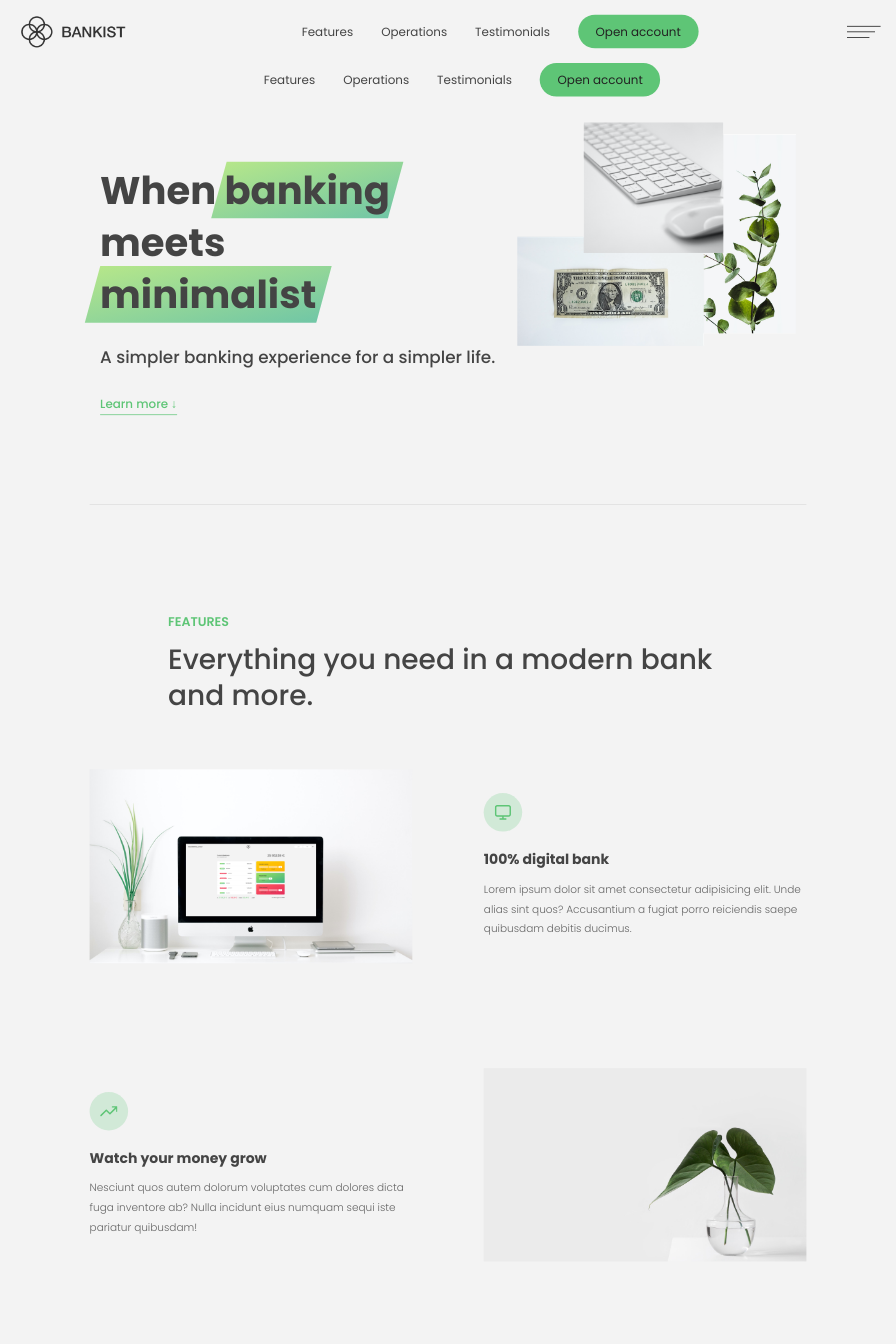
Repository: nptg3105/Bankist
Page: index.html
The author's editor kept a copy of each file at every save. The page is drawn from the files as they stood at one save, then again after the next save.
The browser window is 1280 px wide. The pictures show the part of the page from y = 0 to 1920 px (the page is 5090 px tall), at 70% of full size.
Some web libraries are served in a nearby version.

Above is the page before, as saved 2022-06-03 07:20:20.

### index.html
<!DOCTYPE html>
<html lang="en">
  <head>
    <meta charset="UTF-8" />
    <meta name="viewport" content="width=device-width, initial-scale=1.0" />
    <meta http-equiv="X-UA-Compatible" content="ie=edge" />
    <link rel="shortcut icon" type="image/png" href="images/icon.png" />

    <link
      href="https://fonts.googleapis.com/css?family=Poppins:300,400,500,600&display=swap"
      rel="stylesheet"
    />
    <link
      rel="stylesheet"
      href="https://cdnjs.cloudflare.com/ajax/libs/font-awesome/6.1.1/css/all.min.css"
      integrity="sha512-KfkfwYDsLkIlwQp6LFnl8zNdLGxu9YAA1QvwINks4PhcElQSvqcyVLLD9aMhXd13uQjoXtEKNosOWaZqXgel0g=="
      crossorigin="anonymous"
      referrerpolicy="no-referrer"
    />
    <link rel="stylesheet" href="dist/index.css" />
    <title>Bankist | When Banking meets Minimalist</title>
  </head>
  <body>
    <header class="header">
      <nav class="nav container-fluid">
        <img
          src="images/logo.png"
          alt="Bankist logo"
          class="nav__logo"
          id="logo"
        />
        <ul class="nav__links">
          <li class="nav__item">
            <a class="nav__link" href="#section--1">Features</a>
          </li>
          <li class="nav__item">
            <a class="nav__link" href="#section--2">Operations</a>
          </li>
          <li class="nav__item">
            <a class="nav__link" href="#section--3">Testimonials</a>
          </li>
          <li class="nav__item">
            <a class="nav__link nav__link--btn btn--show-modal" href="#"
              >Open account</a
            >
          </li>
        </ul>

        <div class="nav__hamburger">
          <span></span>
        </div>
      </nav>
      <nav class="nav__mobile">
        <ul class="nav__links">
          <li class="nav__item">
            <a class="nav__link" href="#section--1">Features</a>
          </li>
          <li class="nav__item">
            <a class="nav__link" href="#section--2">Operations</a>
          </li>
          <li class="nav__item">
            <a class="nav__link" href="#section--3">Testimonials</a>
          </li>
          <li class="nav__item">
            <a class="nav__link nav__link--btn btn--show-modal" href="#"
              >Open account</a
            >
          </li>
        </ul>
      </nav>

      <div class="header__title container">
        <h1>
          When
          <!-- Green highlight effect -->
          <span class="highlight">banking</span>
          meets<br />
          <span class="highlight">minimalist</span>
        </h1>
        <h4>A simpler banking experience for a simpler life.</h4>
        <button class="btn--text btn--scroll-to">Learn more &DownArrow;</button>
        <img
          src="images/hero.png"
          class="header__img"
          alt="Minimalist bank items"
        />
      </div>
    </header>

    <section class="section container" id="section--1">
      <div class="section__title">
        <h2 class="section__description">Features</h2>
        <h3 class="section__header">
          Everything you need in a modern bank and more.
        </h3>
      </div>

      <div class="features">
        <div class="features__item">
          <img
            src="images/digital-lazy.jpg"
            data-src="images/digital.jpg"
            alt="Computer"
            class="features__img lazy-img"
          />
          <div class="features__feature">
            <div class="features__icon">
              <svg>
                <use xlink:href="images/icons.svg#icon-monitor"></use>
              </svg>
            </div>
            <h5 class="features__header">100% digital bank</h5>
            <p>
              Lorem ipsum dolor sit amet consectetur adipisicing elit. Unde
              alias sint quos? Accusantium a fugiat porro reiciendis saepe
              quibusdam debitis ducimus.
            </p>
          </div>
        </div>

        <div class="features__item features__item--reverse">
          <img
            src="images/grow-lazy.jpg"
            data-src="images/grow.jpg"
            alt="Plant"
            class="features__img lazy-img"
          />
          <div class="features__feature">
            <div class="features__icon">
              <svg>
                <use xlink:href="images/icons.svg#icon-trending-up"></use>
              </svg>
            </div>
            <h5 class="features__header">Watch your money grow</h5>
            <p>
              Nesciunt quos autem dolorum voluptates cum dolores dicta fuga
              inventore ab? Nulla incidunt eius numquam sequi iste pariatur
              quibusdam!
            </p>
          </div>
        </div>

        <div class="features__item">
          <img
            src="images/card-lazy.jpg"
            data-src="images/card.jpg"
            alt="Credit card"
            class="features__img lazy-img"
          />
          <div class="features__feature">
            <div class="features__icon">
              <svg>
                <use xlink:href="images/icons.svg#icon-credit-card"></use>
              </svg>
            </div>
            <h5 class="features__header">Free debit card included</h5>
            <p>
              Quasi, fugit in cumque cupiditate reprehenderit debitis animi enim
              eveniet consequatur odit quam quos possimus assumenda dicta fuga
              inventore ab.
            </p>
          </div>
        </div>
      </div>
    </section>

    <section class="section container" id="section--2">
      <div class="section__title">
        <h2 class="section__description">Operations</h2>
        <h3 class="section__header">
          Everything as simple as possible, but no simpler.
        </h3>
      </div>

      <div class="operations">
        <div class="operations__tab-container">
          <button
            class="btn operations__tab operations__tab--1 operations__tab--active"
            data-tab="1"
          >
            <span>01</span>Instant Transfers
          </button>
          <button class="btn operations__tab operations__tab--2" data-tab="2">
            <span>02</span>Instant Loans
          </button>
          <button class="btn operations__tab operations__tab--3" data-tab="3">
            <span>03</span>Instant Closing
          </button>
        </div>
        <div
          class="operations__content operations__content--1 operations__content--active"
        >
          <div class="operations__icon operations__icon--1">
            <svg>
              <use xlink:href="images/icons.svg#icon-upload"></use>
            </svg>
          </div>
          <h5 class="operations__header">
            Tranfser money to anyone, instantly! No fees, no BS.
          </h5>
          <p>
            Lorem ipsum dolor sit amet, consectetur adipisicing elit, sed do
            eiusmod tempor incididunt ut labore et dolore magna aliqua. Ut enim
            ad minim veniam, quis nostrud exercitation ullamco laboris nisi ut
            aliquip ex ea commodo consequat.
          </p>
        </div>

        <div class="operations__content operations__content--2">
          <div class="operations__icon operations__icon--2">
            <svg>
              <use xlink:href="images/icons.svg#icon-home"></use>
            </svg>
          </div>
          <h5 class="operations__header">
            Buy a home or make your dreams come true, with instant loans.
          </h5>
          <p>
            Duis aute irure dolor in reprehenderit in voluptate velit esse
            cillum dolore eu fugiat nulla pariatur. Excepteur sint occaecat
            cupidatat non proident, sunt in culpa qui officia deserunt mollit
            anim id est laborum.
          </p>
        </div>
        <div class="operations__content operations__content--3">
          <div class="operations__icon operations__icon--3">
            <svg>
              <use xlink:href="images/icons.svg#icon-user-x"></use>
            </svg>
          </div>
          <h5 class="operations__header">
            No longer need your account? No problem! Close it instantly.
          </h5>
          <p>
            Excepteur sint occaecat cupidatat non proident, sunt in culpa qui
            officia deserunt mollit anim id est laborum. Ut enim ad minim
            veniam, quis nostrud exercitation ullamco laboris nisi ut aliquip ex
            ea commodo consequat.
          </p>
        </div>
      </div>
    </section>

    <section class="section container" id="section--3">
      <div class="section__title section__title--testimonials">
        <h2 class="section__description">Not sure yet?</h2>
        <h3 class="section__header">
          Millions of Bankists are already making their lifes simpler.
        </h3>
      </div>

      <div class="slider">
        <div class="slide slide--1">
          <div class="testimonial">
            <h5 class="testimonial__header">Best financial decision ever!</h5>
            <blockquote class="testimonial__text">
              Lorem ipsum dolor sit, amet consectetur adipisicing elit.
              Accusantium quas quisquam non? Quas voluptate nulla minima
              deleniti optio ullam nesciunt, numquam corporis et asperiores
              laboriosam sunt, praesentium suscipit blanditiis. Necessitatibus
              id alias reiciendis, perferendis facere pariatur dolore veniam
              autem esse non voluptatem saepe provident nihil molestiae.
            </blockquote>
            <address class="testimonial__author">
              <img src="images/user-1.jpg" alt="" class="testimonial__photo" />
              <h6 class="testimonial__name">Aarav Lynn</h6>
              <p class="testimonial__location">San Francisco, USA</p>
            </address>
          </div>
        </div>

        <div class="slide slide--2">
          <div class="testimonial">
            <h5 class="testimonial__header">
              The last step to becoming a complete minimalist
            </h5>
            <blockquote class="testimonial__text">
              Quisquam itaque deserunt ullam, quia ea repellendus provident,
              ducimus neque ipsam modi voluptatibus doloremque, corrupti
              laborum. Incidunt numquam perferendis veritatis neque repellendus.
              Lorem, ipsum dolor sit amet consectetur adipisicing elit. Illo
              deserunt exercitationem deleniti.
            </blockquote>
            <address class="testimonial__author">
              <img src="images/user-2.jpg" alt="" class="testimonial__photo" />
              <h6 class="testimonial__name">Miyah Miles</h6>
              <p class="testimonial__location">London, UK</p>
            </address>
          </div>
        </div>

        <div class="slide slide--3">
          <div class="testimonial">
            <h5 class="testimonial__header">
              Finally free from old-school banks
            </h5>
            <blockquote class="testimonial__text">
              Debitis, nihil sit minus suscipit magni aperiam vel tenetur
              incidunt commodi architecto numquam omnis nulla autem,
              necessitatibus blanditiis modi similique quidem. Odio aliquam
              culpa dicta beatae quod maiores ipsa minus consequatur error sunt,
              deleniti saepe aliquid quos inventore sequi. Necessitatibus id
              alias reiciendis, perferendis facere.
            </blockquote>
            <address class="testimonial__author">
              <img src="images/user-3.jpg" alt="" class="testimonial__photo" />
              <h6 class="testimonial__name">Francisco Gomes</h6>
              <p class="testimonial__location">Lisbon, Portugal</p>
            </address>
          </div>
        </div>

        <!-- <div class="slide"><img src="images/img-1.jpg" alt="Photo 1" /></div>
        <div class="slide"><img src="images/img-2.jpg" alt="Photo 2" /></div>
        <div class="slide"><img src="images/img-3.jpg" alt="Photo 3" /></div>
        <div class="slide"><img src="images/img-4.jpg" alt="Photo 4" /></div> -->
        <button class="slider__btn slider__btn--left">&larr;</button>
        <button class="slider__btn slider__btn--right">&rarr;</button>
        <div class="dots"></div>
      </div>
    </section>

    <section class="section section--sign-up">
      <div class="section__title">
        <h3 class="section__header">
          The best day to join Bankist was one year ago. The second best is
          today!
        </h3>
      </div>
      <button class="btn btn--show-modal">Open your free account today!</button>
    </section>

    <footer class="footer">
      <ul class="footer__nav">
        <li class="footer__item">
          <a class="footer__link" href="#">About</a>
        </li>
        <li class="footer__item">
          <a class="footer__link" href="#">Pricing</a>
        </li>
        <li class="footer__item">
          <a class="footer__link" href="#">Terms of Use</a>
        </li>
        <li class="footer__item">
          <a class="footer__link" href="#">Privacy Policy</a>
        </li>
        <li class="footer__item">
          <a class="footer__link" href="#">Careers</a>
        </li>
        <li class="footer__item">
          <a class="footer__link" href="#">Blog</a>
        </li>
        <li class="footer__item">
          <a class="footer__link" href="#">Contact Us</a>
        </li>
      </ul>
      <img src="images/icon.png" alt="Logo" class="footer__logo" />
      <p class="footer__copyright">
        &copy; Copyright by
        <a
          class="footer__link twitter-link"
          target="_blank"
          href="https://twitter.com/jonasschmedtman"
          >Jonas Schmedtmann</a
        >. Use for learning or your portfolio. Don't use to teach. Don't claim
        as your own product.
      </p>
    </footer>

    <div class="modal hidden">
      <button class="btn--close-modal">&times;</button>
      <h2 class="modal__header">
        Open your bank account <br />
        in just <span class="highlight">5 minutes</span>
      </h2>
      <form class="modal__form">
        <label>First Name</label>
        <input type="text" />
        <label>Last Name</label>
        <input type="text" />
        <label>Email Address</label>
        <input type="email" />
        <button class="btn">Next step &rarr;</button>
      </form>
    </div>
    <div class="overlay hidden"></div>

    <script src="./src/js/script.js"></script>
  </body>
</html>

### src/js/script.js
"use strict";

///////////////////////////////////////
// Modal window

const modal = document.querySelector(".modal");
const overlay = document.querySelector(".overlay");
const btnCloseModal = document.querySelector(".btn--close-modal");
const btnsOpenModal = document.querySelectorAll(".btn--show-modal");

const btnScroll = document.querySelector(".btn--scroll-to");
const section1 = document.querySelector("#section--1");

const tabs = document.querySelectorAll(".operations__tab");
const tabsContainer = document.querySelector(".operations__tab-container");
const tabsContent = document.querySelectorAll(".operations__content");

const nav = document.querySelector(".nav");

const openModal = function (e) {
  e.preventDefault();
  modal.classList.remove("hidden");
  overlay.classList.remove("hidden");
};

const closeModal = function () {
  modal.classList.add("hidden");
  overlay.classList.add("hidden");
};

btnsOpenModal.forEach((btn) => {
  btn.addEventListener("click", openModal);
});

btnCloseModal.addEventListener("click", closeModal);
overlay.addEventListener("click", closeModal);

document.addEventListener("keydown", function (e) {
  if (e.key === "Escape" && !modal.classList.contains("hidden")) {
    closeModal();
  }
});

//Scroll Smooth
btnScroll.addEventListener("click", function () {
  section1.scrollIntoView({ behavior: "smooth" });
});

document.querySelector(".nav__links").addEventListener("click", (e) => {
  e.preventDefault();
  if (e.target.classList.contains("nav__link")) {
    const id = e.target.getAttribute("href");
    document.querySelector(id).scrollIntoView({ behavior: "smooth" });
  }
});

//Tabbed Component
tabsContainer.addEventListener("click", function (e) {
  const clicked = e.target.closest(".operations__tab");
  // console.log(clicked);

  //Remove classes
  tabs.forEach((tab) => {
    tab.classList.remove("operations__tab--active");
  });
  tabsContent.forEach((content) => {
    content.classList.remove("operations__content--active");
  });

  if (!clicked) return;

  //Active class
  clicked.classList.add("operations__tab--active");

  //Active content area
  document
    .querySelector(`.operations__content--${clicked.dataset.tab}`)
    .classList.add("operations__content--active");
});

//Faded nav
function handleHover(e) {
  if (e.target.classList.contains("nav__link")) {
    const link = e.target;
    const siblings = link.closest(".nav__links").querySelectorAll(".nav__link");

    siblings.forEach((element) => {
      if (element !== link) element.style.opacity = this;
    });
  }
}

nav.addEventListener("mouseover", handleHover.bind(0.5));
nav.addEventListener("mouseout", handleHover.bind(1));

//Sticky Nav
const initialCoords = section1.getBoundingClientRect();
const navHeight = nav.getBoundingClientRect().height;
// console.log(navHeight);

window.addEventListener("scroll", function () {
  if (window.scrollY > initialCoords.top - navHeight) {
    nav.classList.add("sticky");
  }
  if (window.scrollY < initialCoords.top) {
    nav.classList.remove("sticky");
  }
});

//Reveal Section
const allSection = document.querySelectorAll(".section");

function revealSection(entries, observer) {
  const [entry] = entries;
  // console.log(entry);
  if (!entry.isIntersecting) return;
  entry.target.classList.remove("section--hidden");
  observer.unobserve(entry.target);
}

const sectionObserver = new IntersectionObserver(revealSection, {
  root: null,
  threshold: 0.15,
});

allSection.forEach((section) => {
  sectionObserver.observe(section);
  section.classList.add("section--hidden");
});

//Lazy-load image
const imgTargets = document.querySelectorAll("img[data-src]");

function loadImg(entries, observer) {
  const [entry] = entries;
  // console.log(entry);

  if (!entry.isIntersecting) return;

  //Replace src with data-src
  entry.target.src = entry.target.dataset.src;

  entry.target.addEventListener("load", () => {
    entry.target.classList.remove("lazy-img");
  });

  observer.unobserve(entry.target);
}

const imgObserver = new IntersectionObserver(loadImg, {
  root: null,
  threshold: 0,
  rootMargin: "-200px",
});

imgTargets.forEach((img) => imgObserver.observe(img));

//Slider
function slider() {
  const slides = document.querySelectorAll(".slide");
  const btnNext = document.querySelector(".slider__btn--right");
  const btnPrev = document.querySelector(".slider__btn--left");
  const dotContainer = document.querySelector(".dots");

  let curSlide = 0;
  const maxSlide = slides.length;

  //Function
  function createDot() {
    slides.forEach((_, i) => {
      dotContainer.insertAdjacentHTML(
        "beforeend",
        `<button class="dots__dot" data-slide=${i}></button>`
      );
    });
  }

  function activeDot(slide) {
    document
      .querySelectorAll(".dots__dot")
      .forEach((dot) => dot.classList.remove("dots__dot--active"));

    document
      .querySelector(`.dots__dot[data-slide="${slide}"]`)
      .classList.add("dots__dot--active");
  }

  function goToSlide(slide) {
    slides.forEach((s, i) => {
      s.style.transform = `translateX(${100 * (i - slide)}%)`;
    });
  }

  function init() {
    goToSlide(0);
    createDot();
    activeDot(0);
  }
  init();

  //Next Slide
  function nextSlide() {
    if (curSlide === maxSlide - 1) {
      curSlide = 0;
    } else {
      curSlide++;
    }

    goToSlide(curSlide);
    activeDot(curSlide);
  }

  //PrevSlide
  function prevSlide() {
    if (curSlide === 0) {
      curSlide = maxSlide - 1;
    } else {
      curSlide--;
    }
    goToSlide(curSlide);
    activeDot(curSlide);
  }

  btnNext.addEventListener("click", nextSlide);
  btnPrev.addEventListener("click", prevSlide);

  document.addEventListener("keydown", function (e) {
    if (e.key === "ArrowLeft") prevSlide();
    e.key === "ArrowRight" && nextSlide();
  });

  dotContainer.addEventListener("click", function (e) {
    if (e.target.classList.contains("dots__dot")) {
      const slide = e.target.dataset.slide;
      goToSlide(slide);
      activeDot(slide);
    }
  });
}

slider();

Loaded but not shown: dist/index.css (library)

After the next save:
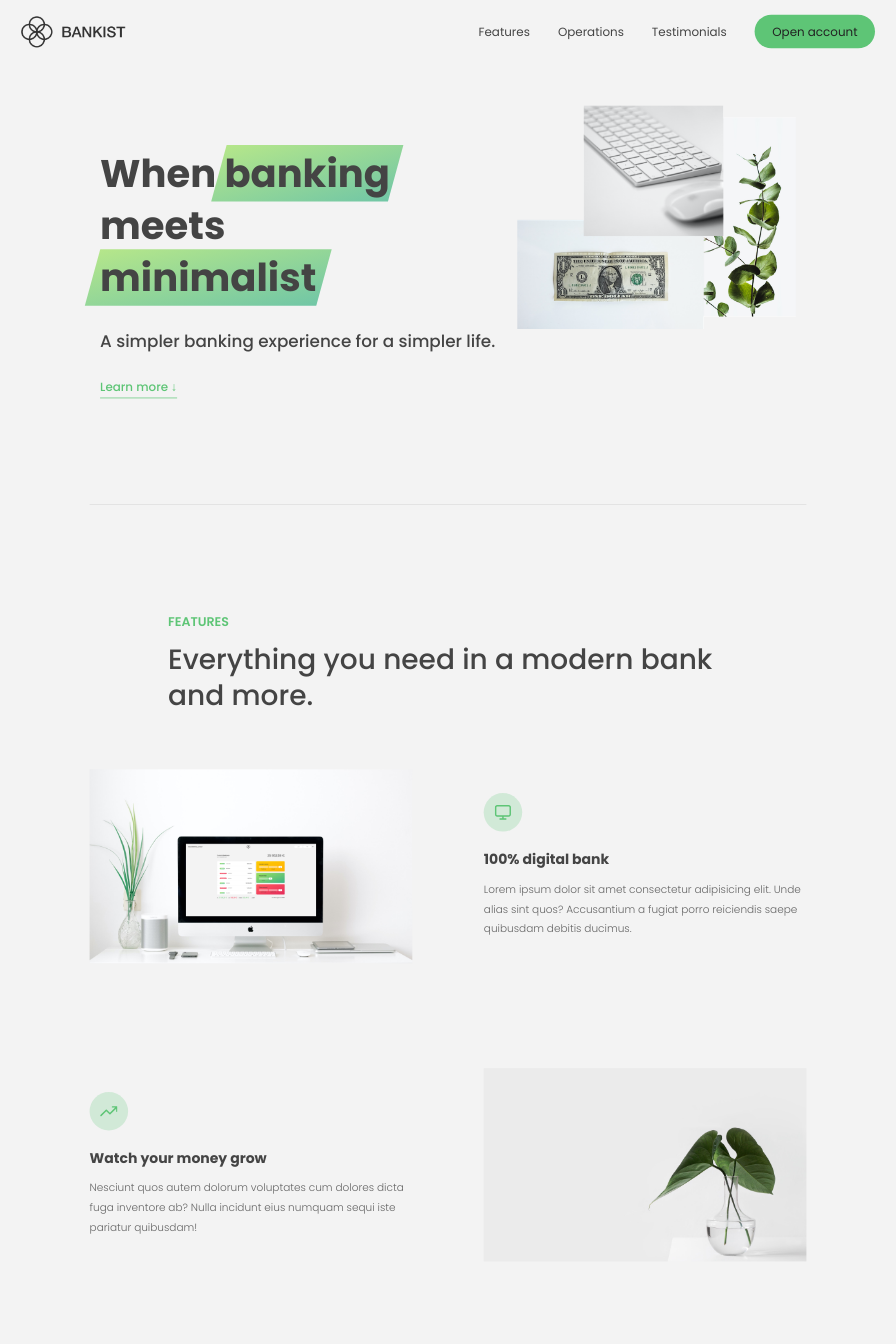
Saved 23 s later.
--- a/index.html
+++ b/index.html
@@ -45,29 +45,8 @@
             >
           </li>
         </ul>
-
-        <div class="nav__hamburger">
-          <span></span>
-        </div>
       </nav>
-      <nav class="nav__mobile">
-        <ul class="nav__links">
-          <li class="nav__item">
-            <a class="nav__link" href="#section--1">Features</a>
-          </li>
-          <li class="nav__item">
-            <a class="nav__link" href="#section--2">Operations</a>
-          </li>
-          <li class="nav__item">
-            <a class="nav__link" href="#section--3">Testimonials</a>
-          </li>
-          <li class="nav__item">
-            <a class="nav__link nav__link--btn btn--show-modal" href="#"
-              >Open account</a
-            >
-          </li>
-        </ul>
-      </nav>
+
 
       <div class="header__title container">
         <h1>
